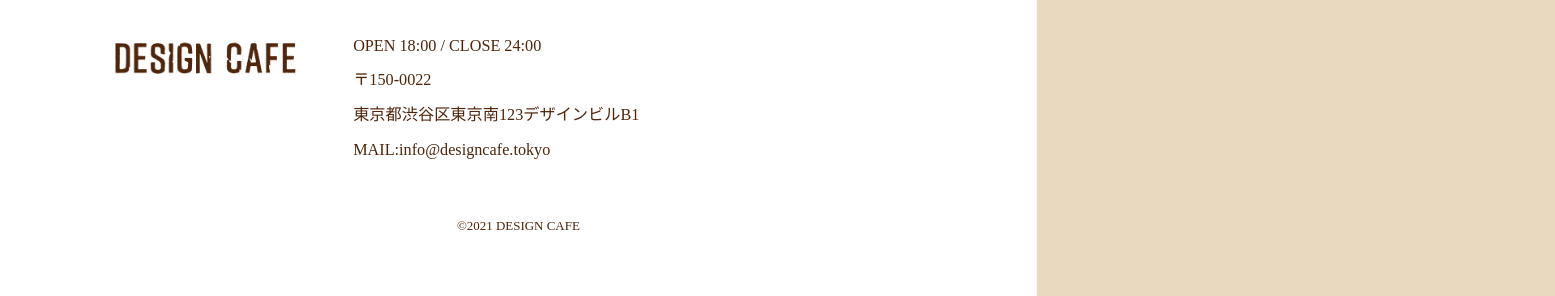
Repository: sonoyama01/dezasuta
Page: 第4回課題/index.html
An editor plug-in stored every save of this project. The page is shown before and after the next save, followed by the edit.
The browser window is 1280 px wide. The page is 1920 px wide, so the pictures cover 1920 px, including what lies to the right of the window. The pictures show the part of the page from y = 3571 to 4187 px (the page is 3937 px tall before and 4187 px after), at 81% of full size.

Above is the page before, as saved 2024-05-12 00:21:23.

After the next save:
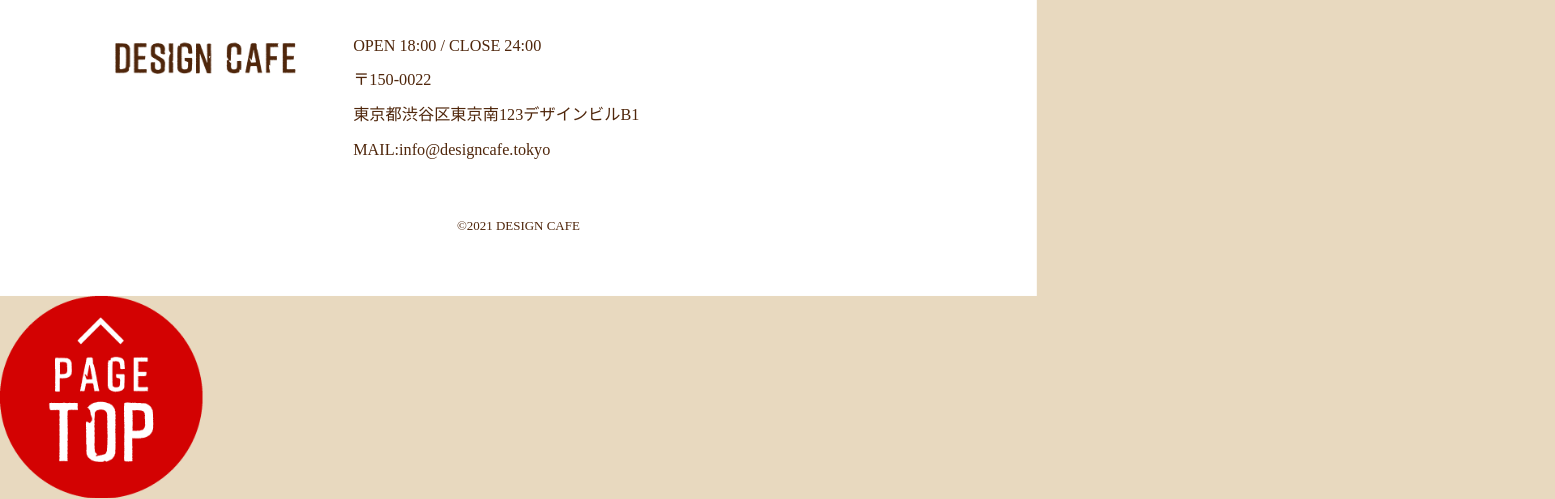
Saved 7 min 25 s later.
--- a/第4回課題/index.html
+++ b/第4回課題/index.html
@@ -151,6 +151,9 @@
             &copy;2021 DESIGN CAFE
         </small>
     </footer>
+    <div class="page_top">
+        <img src="./images/to_top@2x.png" alt="page top">
+    </div>
 </body>
 
 </html>
